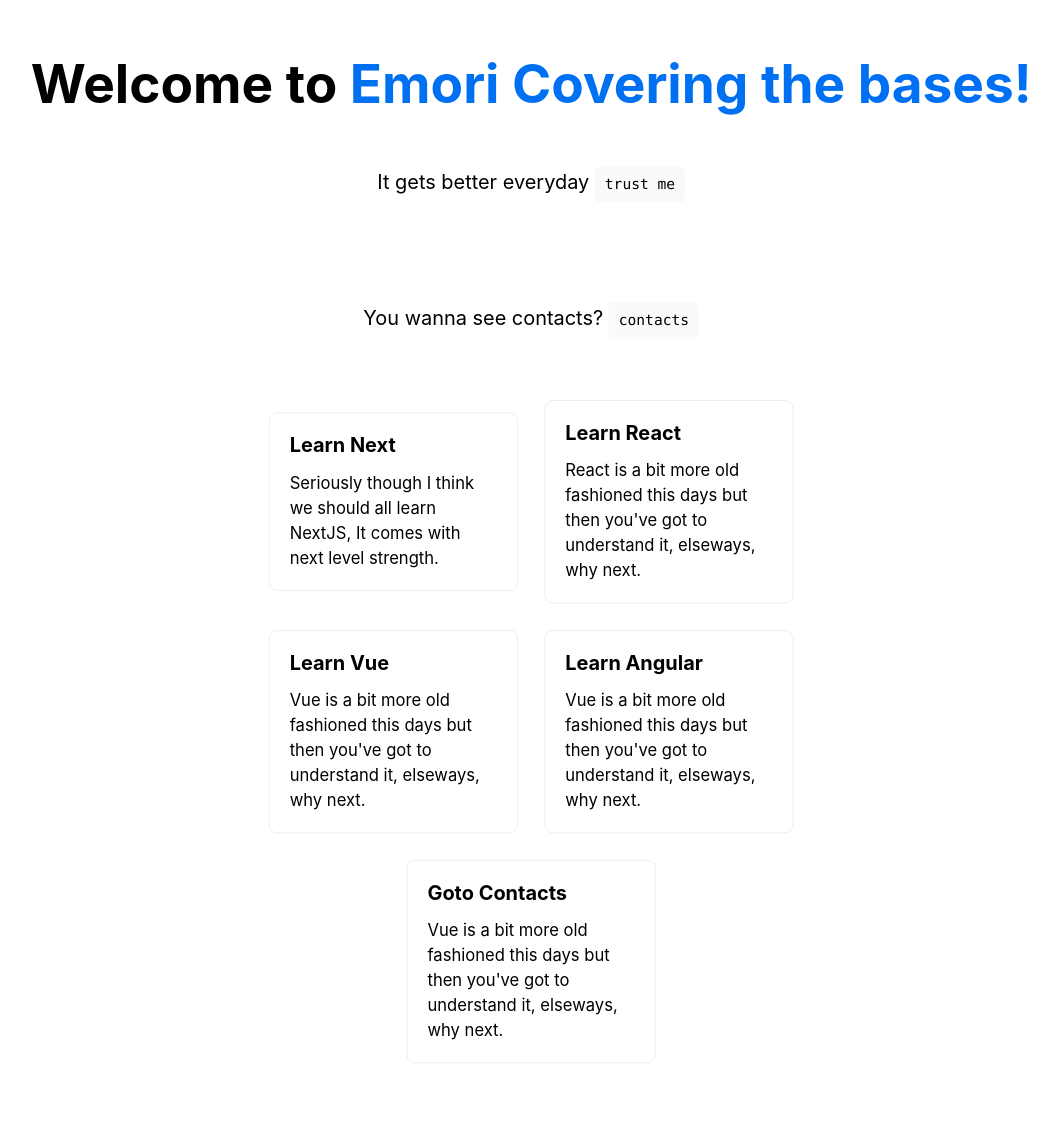
Repository: emorilebo/next-linkedin-training
Page: /
An editor plug-in stored every save of this project. The page is shown before and after the next save, followed by the edit.
The browser window is 1280 px wide. The pictures show the whole page, at 83% of full size.
The project was rebuilt for these pictures with package versions that can differ from the ones it lists, and the page was loaded fresh each time. The framework's server and built-in components were replaced by stand-ins that run in the browser. Also part of the build but not shown: next.config.js.

Above is the page before, as saved 2022-12-26 09:12:12.

After the next save:
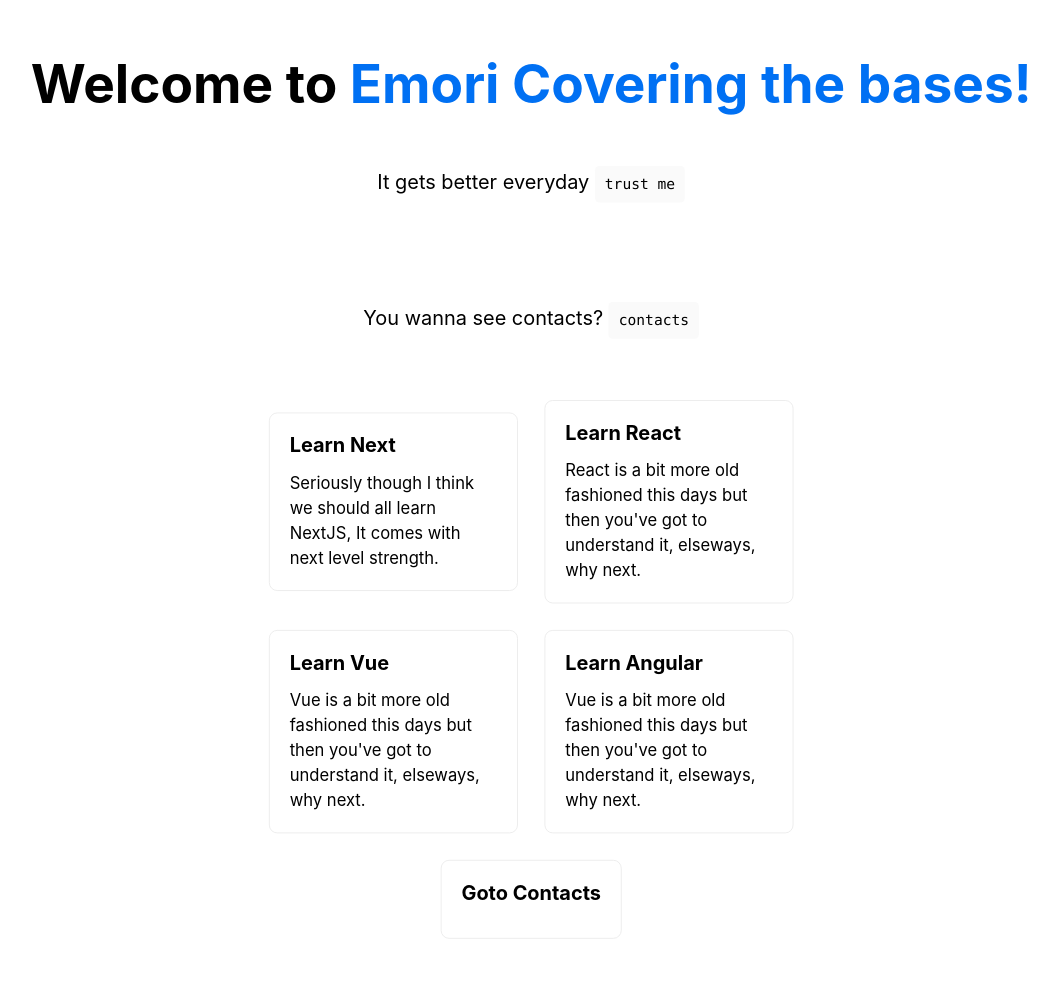
Saved 10 s later.
--- a/pages/index.js
+++ b/pages/index.js
@@ -63,8 +63,7 @@
           <Link href="/contact/" className={styles.card}>
             <h2>Goto Contacts</h2>
             <p>
-              Vue is a bit more old fashioned this days but then you've got to
-              understand it, elseways, why next.
+
             </p>
           </Link>
         </div>
